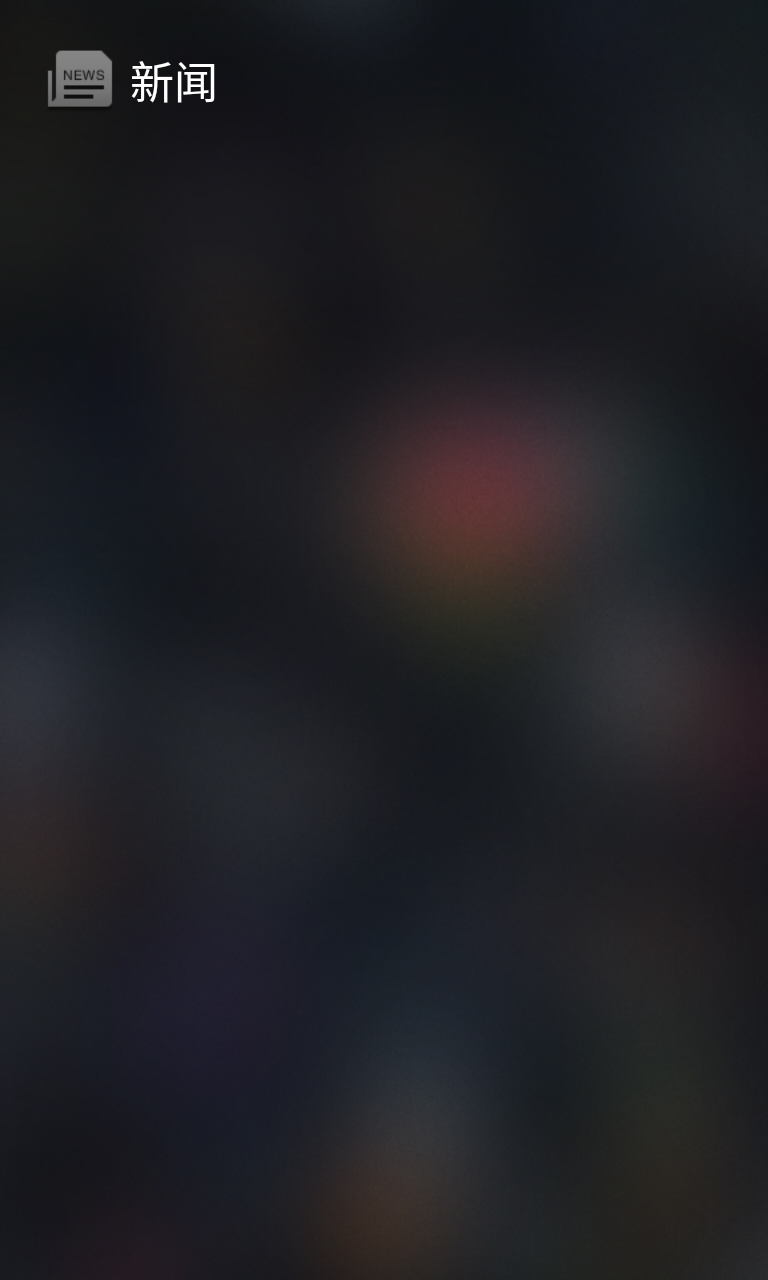
Repository: ASmouse/View
Layout: 05_SlidingMenuDemo14/res/layout/left.xml
These files come from the project's save history. The layout is drawn as it stood at one moment and after the next save; the edit follows.
It is drawn on a 768 x 1280 px phone screen (xhdpi) without system bars, with theme AppTheme; the app's code is not run.

Above is the layout before, as saved 2015-10-25 02:05:58.

After the next save:
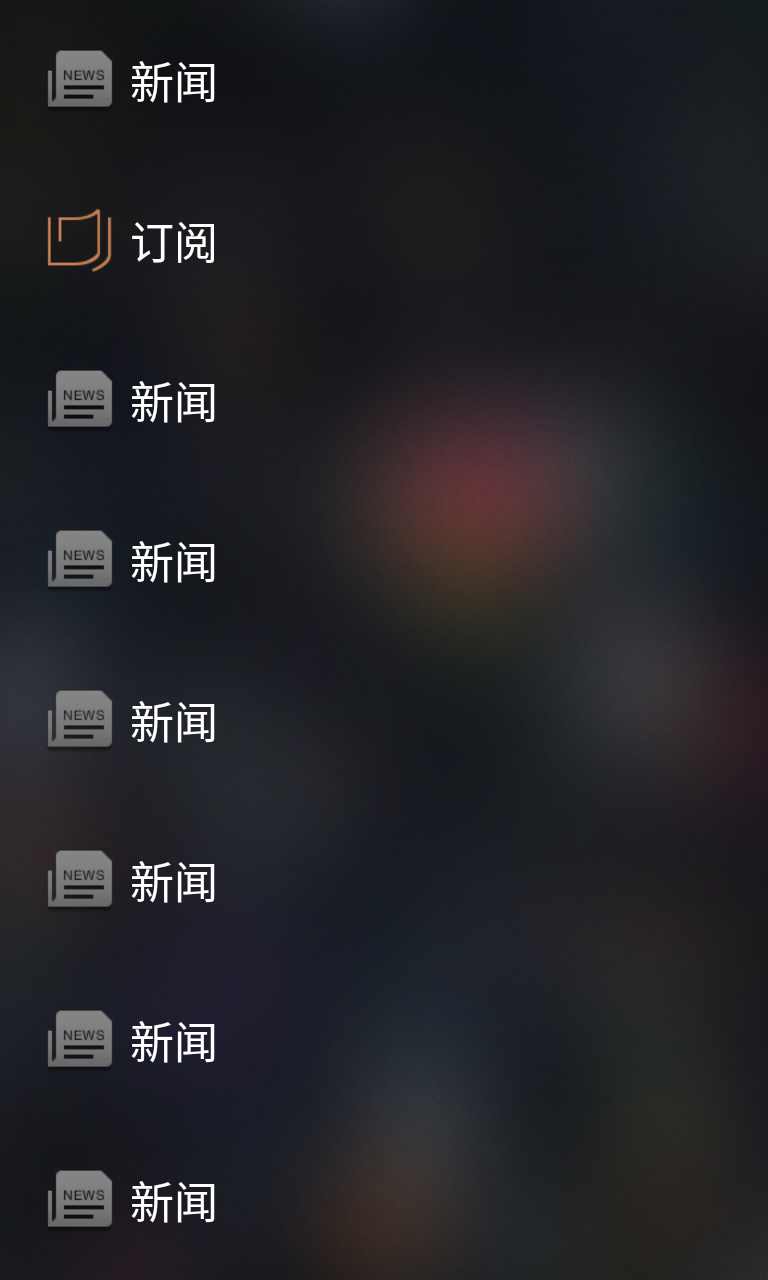
Saved 48 s later.
--- a/05_SlidingMenuDemo14/res/layout/left.xml
+++ b/05_SlidingMenuDemo14/res/layout/left.xml
@@ -14,8 +14,42 @@
         <TextView
             style="@style/tv_style"
             android:drawableLeft="@drawable/tab_news"
-            android:text="新闻"
-			/>
- </LinearLayout>
+            android:text="新闻" />
+
+        <TextView
+            style="@style/tv_style"
+            android:drawableLeft="@drawable/tab_read"
+            android:text="订阅" />
+
+        <TextView
+            style="@style/tv_style"
+            android:drawableLeft="@drawable/tab_news"
+            android:text="新闻" />
+
+        <TextView
+            style="@style/tv_style"
+            android:drawableLeft="@drawable/tab_news"
+            android:text="新闻" />
+
+        <TextView
+            style="@style/tv_style"
+            android:drawableLeft="@drawable/tab_news"
+            android:text="新闻" />
+
+        <TextView
+            style="@style/tv_style"
+            android:drawableLeft="@drawable/tab_news"
+            android:text="新闻" />
+
+        <TextView
+            style="@style/tv_style"
+            android:drawableLeft="@drawable/tab_news"
+            android:text="新闻" />
+
+        <TextView
+            style="@style/tv_style"
+            android:drawableLeft="@drawable/tab_news"
+            android:text="新闻" />
+    </LinearLayout>
 
 </ScrollView>
